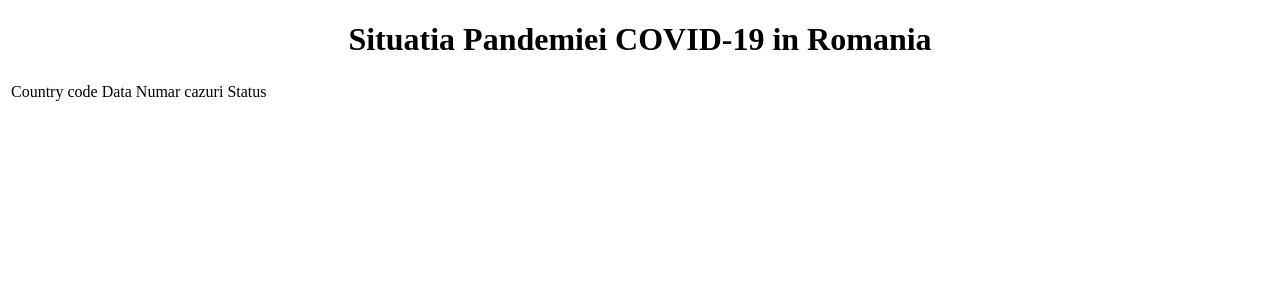
Repository: leonardpirlog/cc_2020_PL
Page: home.html
The author's editor kept a record of every edit. The page is drawn from the files as they stood at one moment, then again after the next edit.
The browser window is 1280 px wide. The pictures show the whole page.
The page's requests for data from a server got no answer.

Above is the page before.

After the next edit:
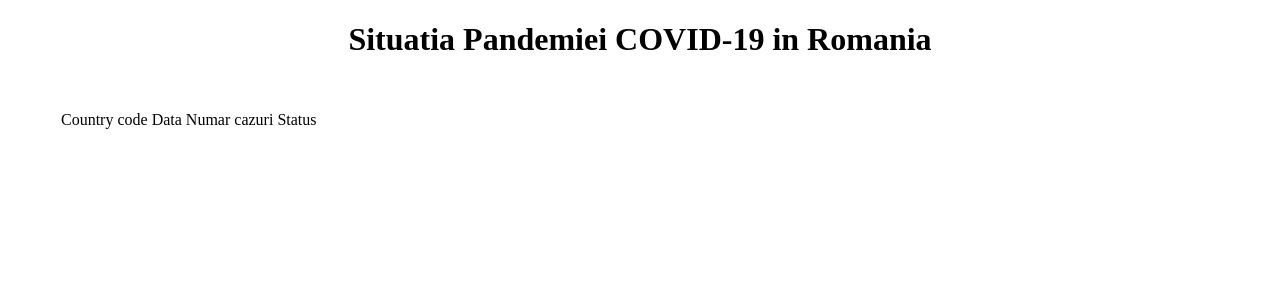
The edit:
--- a/home.html
+++ b/home.html
@@ -6,6 +6,7 @@
        crossorigin="anonymous"></script>
 
        <script src="home_js.js"></script>
+       <link rel="stylesheet" type="text/css" href="styles.css">
        <title>Situatia Pandemiei COVID-19 in Romania</title>
     </head>
     <body>
